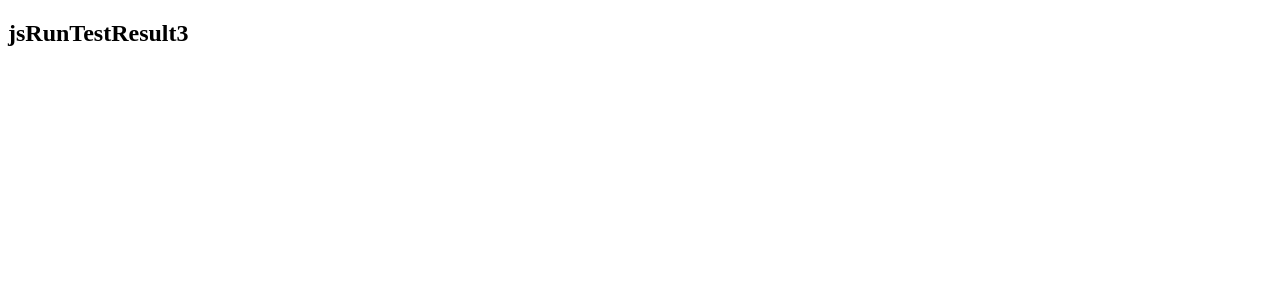
Repository: SongHyeSun/JSP
Page: http://localhost/och15_ajax/ch03/jsRunTestReault3.jsp
An editor plug-in stored every save of this project. The page is shown before and after the next save, followed by the edit.
The browser window is 1280 px wide. The pictures show the whole page.
The page is served by Tomcat 9.

Above is the page before, as saved 2024-07-22 06:33:36.

After the next save:
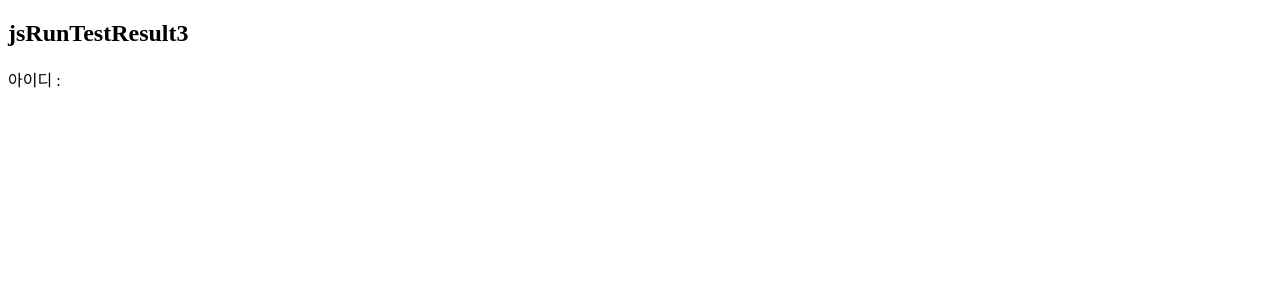
Saved 3 min 54 s later.
--- a/jspSrc17/och15_ajax/src/main/webapp/ch03/jsRunTestReault3.jsp
+++ b/jspSrc17/och15_ajax/src/main/webapp/ch03/jsRunTestReault3.jsp
@@ -8,5 +8,6 @@
 </head>
 <body>
 	<h2>jsRunTestResult3</h2>
+	아이디 : ${param.id }<p>
 </body>
 </html>
